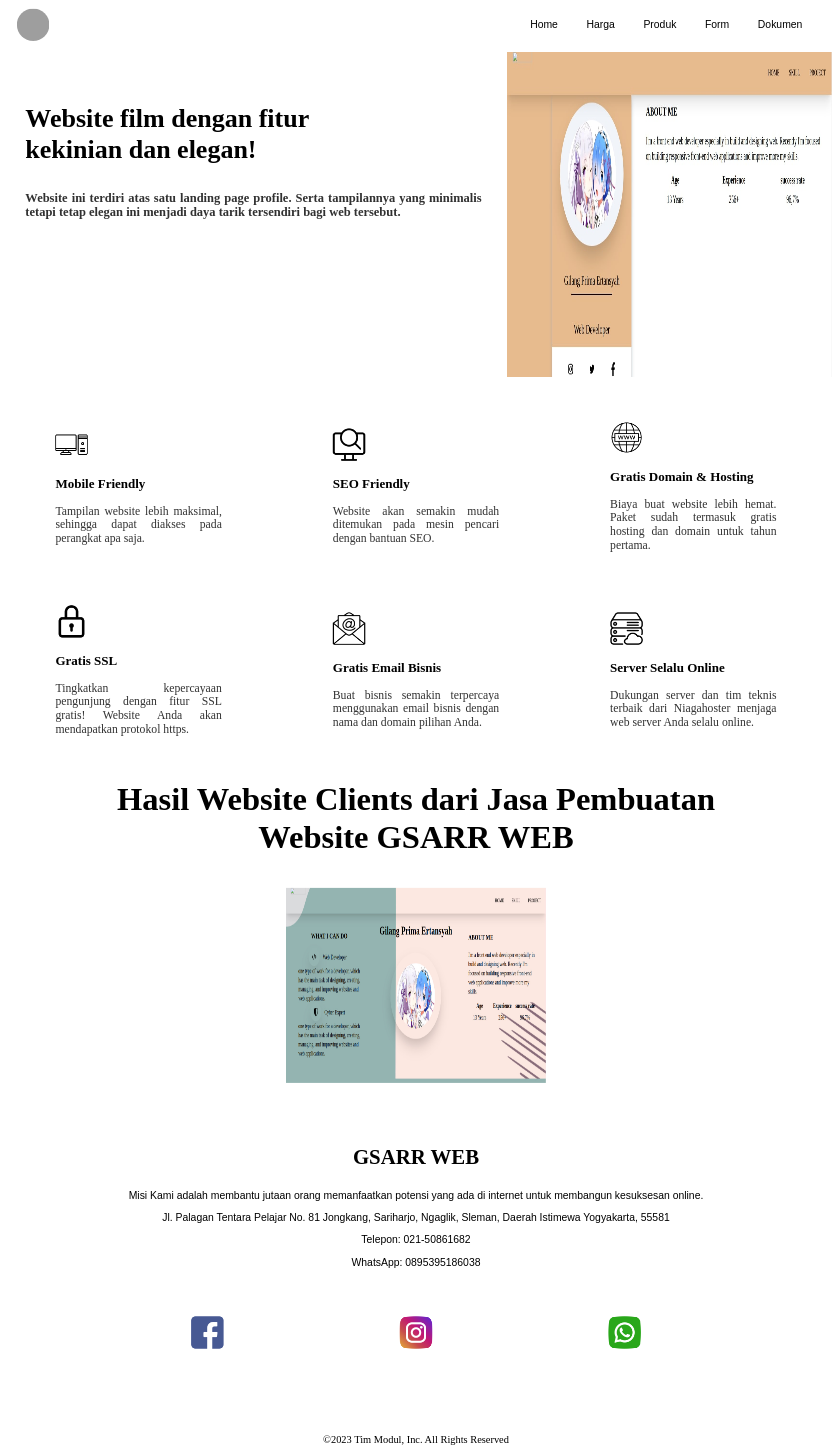
Repository: zecht12/TimModul
Page: JenisWeb/Web3.html
These files come from the project's save history. The page is drawn as it stood at one moment and after a run of saves; the edit follows.
The browser window is 1280 px wide. The pictures show the whole page, at 65% of full size.
Pictures or frames that could not be fetched are drawn as grey boxes.

Above is the page before, as saved 2023-04-26 15:16:32.

### JenisWeb/Web3.html
<!DOCTYPE html>
<html lang="en">
<head>
    <meta charset="UTF-8">
    <meta http-equiv="X-UA-Compatible" content="IE=edge">
    <meta name="viewport" content="width=device-width, initial-scale=1.0">
    <link rel="stylesheet" href="../style.css">
    <script src="script.js"></script>
    <title>Document</title>
</head>
<body style="margin: auto;">
    <div>
        <div style="height: 80px; width: 100%; background-color: white;">
            <header>
                <img src="../assets/wallpaper.jpg" alt="Image" style="height: 50px; width: 50px; border-radius: 100%;" >
                <ul class="nav_links">
                    <li><a href="../TimModul.html">Home</a></li>
                    <li><a href="../TimModul.html">Harga</a></li>
                    <li><a href="../TimModul.html">Produk</a></li>
                    <li><a href="../TimModul.html">Form</a></li>
                    <li><a href="../TimModul.html">Dokumen</a></li>
                </ul>
            </headers>
        </div>
        <div style="display: flex; justify-content: space-between; align-items: start;">
            <div>
                <div style=" display: flex; justify-content: center; align-items: start;">
                    <div style="padding: 5%;">
                        <p style=" color: black; font-size: 40px; font-weight: bold; width: 80%;">Website film dengan fitur kekinian dan elegan!</p>
                        <p style="color: rgb(49, 49, 49); text-align: justify; font-weight: bold; font-size: larger;">Website ini terdiri atas satu landing page profile. Serta tampilannya yang minimalis tetapi tetap elegan ini menjadi daya tarik tersendiri bagi web tersebut.</p>
                    </div>
                </div>
            </div>
            <div>
                <img src="../assets/web2.jpg" alt="logo" width="500px" height="500px">
            </div>
        </div>
        <div style="display: flex; justify-content: space-around; align-items: center; padding-top: 5%;">
            <div style="display: flex; justify-content: center; align-items: center; width: 20%;">
                <div>
                    <img src="../assets/computer.png" alt="comp" width="50px" height="50px">
                    <p style="font-weight: bold; font-size: 20px;">Mobile Friendly</p>
                    <p style="color: rgb(49, 49, 49); text-align: justify; font-size: large;">Tampilan website lebih maksimal, sehingga dapat diakses pada perangkat apa saja.</p>
                </div>
            </div>
            <div style="display: flex; justify-content: center; align-items: center; width: 20%;">
                <div>
                    <img src="../assets/computer1.png" alt="comp" width="50px" height="50px">
                    <p style="font-weight: bold; font-size: 20px;">SEO Friendly</p>
                    <p style="color: rgb(49, 49, 49); text-align: justify; font-size: large;">Website akan semakin mudah ditemukan pada mesin pencari dengan bantuan SEO.</p>
                </div>
            </div>
            <div style="display: flex; justify-content: center; align-items: center; width: 20%;">
                <div>
                    <img src="../assets/domain.png" alt="comp" width="50px" height="50px">
                    <p style="font-weight: bold; font-size: 20px;">Gratis Domain & Hosting</p>
                    <p style="color: rgb(49, 49, 49); text-align: justify; font-size: large;">Biaya buat website lebih hemat. Paket sudah termasuk gratis hosting dan domain untuk tahun pertama.</p>
                </div>
            </div>
        </div>
        <div style="display: flex; justify-content: space-around; align-items: center; padding-top: 5%;">
            <div style="display: flex; justify-content: center; align-items: center; width: 20%;">
                <div>
                    <img src="../assets/padlock.png" alt="comp" width="50px" height="50px">
                    <p style="font-weight: bold; font-size: 20px;">Gratis SSL</p>
                    <p style="color: rgb(49, 49, 49); text-align: justify; font-size: large;">Tingkatkan kepercayaan pengunjung dengan fitur SSL gratis! Website Anda akan mendapatkan protokol https.</p>
                </div>
            </div>
            <div style="display: flex; justify-content: center; align-items: center; width: 20%;">
                <div>
                    <img src="../assets/email.png" alt="comp" width="50px" height="50px">
                    <p style="font-weight: bold; font-size: 20px;">Gratis Email Bisnis</p>
                    <p style="color: rgb(49, 49, 49); text-align: justify; font-size: large;">Buat bisnis semakin terpercaya menggunakan email bisnis dengan nama dan domain pilihan Anda.</p>
                </div>
            </div>
            <div style="display: flex; justify-content: center; align-items: center; width: 20%;">
                <div>
                    <img src="../assets/servers.png" alt="comp" width="50px" height="50px">
                    <p style="font-weight: bold; font-size: 20px;">Server Selalu Online</p>
                    <p style="color: rgb(49, 49, 49); text-align: justify; font-size: large;">Dukungan server dan tim teknis terbaik dari Niagahoster menjaga web server Anda selalu online.</p>
                </div>
            </div>
        </div>
        <div>
            <div style=" display: flex; justify-content: center; align-items: center;">
                <p style="text-align: center; color: black; font-size: 50px; font-weight: bold; width: 80%;">Hasil Website Clients dari Jasa Pembuatan Website GSARR WEB</p>
            </div>
            <div style="display: flex; justify-content: space-around; align-items: center;">
                <div style="display: flex; justify-content: center; align-items: center;">
                    <img src="../assets/web1.jpeg" alt="logo" width="400px" height="300px">
                </div>
            </div>
        </div>
        <div style="height: 70vh; width: 100%; background-color: white; margin: auto; justify-content: center; align-items: center;">
            <div style="padding: 5%;">
                <p style="text-align: center; color: black; font-size: xx-large; font-weight: bold;">GSARR WEB</p>
                <p style="text-align: center; font: caption;">Misi Kami adalah membantu jutaan orang memanfaatkan potensi yang ada di internet untuk membangun kesuksesan online.</p>
                <p style="text-align: center; font: caption;">Jl. Palagan Tentara Pelajar No. 81 Jongkang, Sariharjo, Ngaglik, Sleman, Daerah Istimewa Yogyakarta, 55581</p>
                <div>
                    <p style="text-align: center; font: caption;">Telepon: 021-50861682</p>
                    <p style="text-align: center; font: caption;">WhatsApp: 0895395186038</p>
                </div>
                <div class="Social" style="display: flex; align-items: center; justify-content: space-between; background-color: transparent; gap: 20px; padding-left: 20%; padding-right: 20%; padding-top: 5%; ">
                    <a href="" style="background-color: #fff;">
                        <img src="/assets/facebook.png" alt="FB" width="50px" height="50px">
                    </a>
                    <a href="">
                        <img src="/assets/instagram.png" alt="FB" width="50px" height="50px">
                    </a>
                    <a href="">
                        <img src="/assets/whatsapp.png" alt="FB" width="50px" height="50px">
                    </a>
                </div>
            </div>
        </div>
        <div style="height: 50px; width: 100%; background-color: white; margin: auto; justify-content: center; align-items: center;">
            <p style="color: black; text-align: center; padding-top: 20px;">&copy;2023 Tim Modul, Inc. All Rights Reserved</p>
        </div>
    </div>
</body>
</html>

### style.css
body{
    height: auto;
    width: 100%;
    margin: auto;
    padding: auto;
}
header{
    display: flex;
    align-items: center;
    justify-content: space-between;
    padding-left: 2%;
    padding-right: 2%;
    padding-top: 1%;
}
li,a, button{
    font-family: "Montserrat", sans-serif;
    font-size: 16px;
    color: black;
    text-decoration: none;
}
.produk{
    padding-left: 5%;
    padding-right: 5%;
    padding-top: 3%;
    display: flex;
    justify-content: space-around;
    align-items: center;
}
.produk1{
    padding-left: 5%;
    padding-right: 5%;
    padding-top: 3%;
    display: flex;
    justify-content: space-around;
    align-items: center;
}
.produk2{
    padding-left: 5%;
    padding-right: 5%;
    padding-top: 3%;
    display: flex;
    justify-content: space-evenly;
    align-items: center;
}
.produk a:hover{
    transform: scale(110%);
}
.produk1 a:hover{
    transform: scale(110%);
}
.produk2 a:hover{
    transform: scale(110%);
}
.nav_links{
    list-style: none;
}
.nav_links li{
    display: inline-block;
    padding: 0px 20px;
}
.nav_links li a:hover{
    color: #0088a9;
}
.forms{
    height: auto;
    width: 100%;
    display: flex;
    justify-content: center;
    align-items: center;
    padding-top: 1%;
    padding-bottom: 5%;

}
label {
    color: black;
    font-weight: bold;
    width: 130px;
}
.Button {
    padding: 10px;
    border: 1px solid black;
    background-color:aliceblue;
    border-radius: 5px;
    font: inherit;
    cursor: pointer;
}
.Button:hover{
    border: 1px solid #0088a9;
    color: #0088a9;
    cursor: pointer;
}
.button1:hover{
    transform: scale(110%);
}
.Pilihan{
    margin: auto;
    padding-top: 3%;
    padding-bottom: 20px;
    font-weight: bold;
    color: black;
}
.Nama{
    width: 100%;
    height: 20px;
    margin-top: 2%;
}
.Email{
    width: 100%;
    height: 20px;
    margin-top: 2%;
}
.Formemail{
    padding-top: 5%;
}
textarea{
    width: 100%;
    height: 100px;
    margin-bottom: 5%;
}
#customers {
    font-family: Arial, Helvetica, sans-serif;
    border-collapse: collapse;
    width: 80%;
}
#customers td, #customers th {
    border: 1px solid #ddd;
    padding: 8px;
}
#customers tr:nth-child(even){background-color: #f2f2f2;}
#customers tr:hover {background-color: #ddd;}
#customers th {
    padding-top: 12px;
    padding-bottom: 12px;
    text-align: left;
    background-color: #2089dc;
    color: white;
}
.Social a:hover{
    transform: scale(110%);
}

Loaded but not shown: script.js (no copy from this time; the picture is the same without it)

After the next 2 saves:
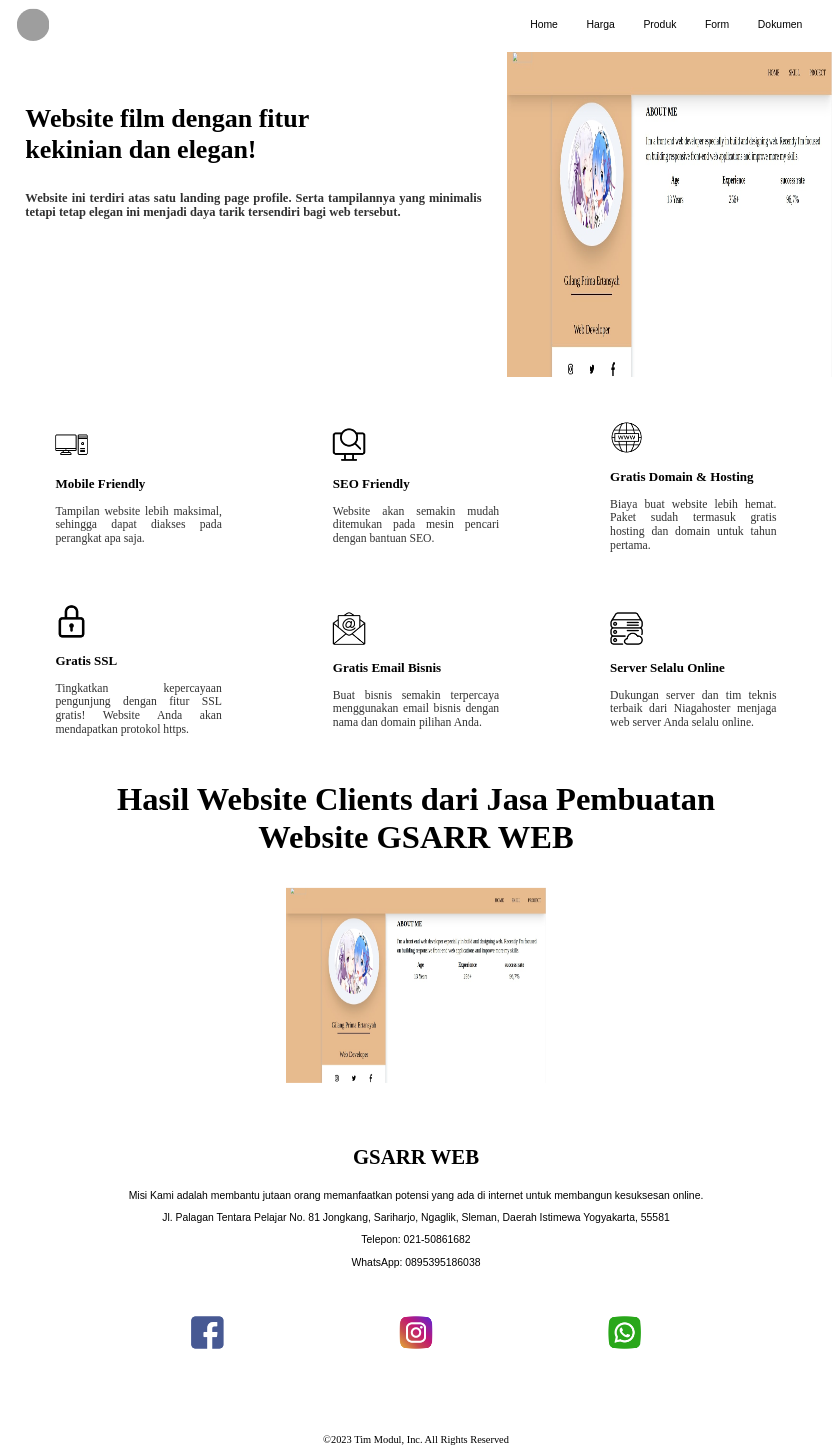
The 2 saves are shown as one change because they came seconds apart.
The last was saved 10 s later.
--- a/JenisWeb/Web3.html
+++ b/JenisWeb/Web3.html
@@ -87,7 +87,7 @@
             </div>
             <div style="display: flex; justify-content: space-around; align-items: center;">
                 <div style="display: flex; justify-content: center; align-items: center;">
-                    <img src="../assets/web1.jpeg" alt="logo" width="400px" height="300px">
+                    <img src="../assets/web2.jpg" alt="logo" width="400px" height="300px">
                 </div>
             </div>
         </div>
